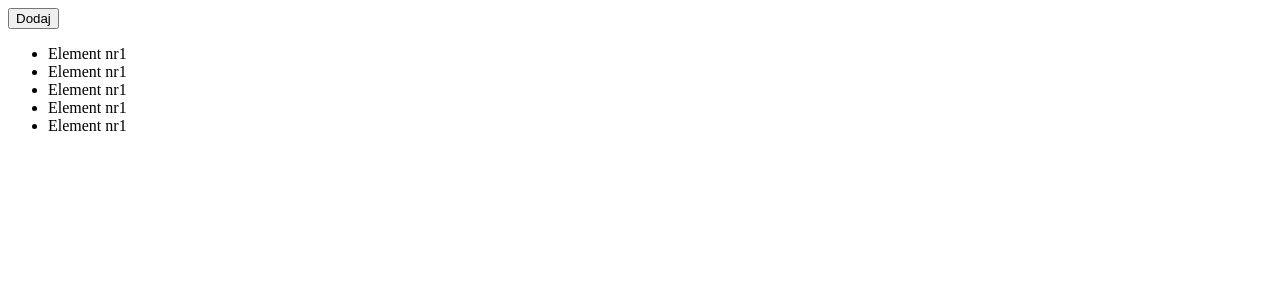
Repository: bartosz1919/Exercise-with-JS---Dynamic_-ul-
Page: index.html
An editor plug-in stored every save of this project. The page is shown before and after the next save, followed by the edit.
The browser window is 1280 px wide. The pictures show the whole page.
After loading, the first visible `button` was clicked once.

Above is the page before, as saved 2020-03-25 23:48:46.

### index.html
<!-- Projekt 3 - Zadanie 2 -
 https://websamuraj.pl/examples/js/projekt3-zad2/

- Stwórz rozwiązanie z pomocą dwóch funkcji w oparciu o strukturę w main.js Nie dodawaj nic więcej do zakresu globalnego.

- funkcja init, która będzie uruchomiona po wczytaniu strony. Jej zadaniem jest:
--- stworzyć dwa elementy
<button>Dodaj 10 elementów listy</buttn>
<ul></ul>
--- dodaj je do body
--- ustaw nasłuchiwanie na przycisk


--- funkcja createLiElements, która będzie uruchamiana po kliknięciu przycisku stworzonego przez funkcję init. Jej zadanie to:
--- tworzenie 10 elementów li i umieszczanie ich w elemencie ul
--- kazdy z 10 elementów ma mieć swój indeks (order) pczy czym kolejne 10 elementów ma być konynuacją (czilu pierwszy klik mamy 1-10, kolejny 11-20 itd)
--- każdy kolejny element il ma mieć font-size większy o 1px.

- bez zmian w pliku html (nie dodajemy html-a i css-a). Cały kod piszemy w elemencie main.js

-->
<!DOCTYPE html>
<html lang="en">

<head>
 <meta charset="UTF-8">
 <title>Projekt 3 - zadanie 2</title>


</head>

<body>

 <script src="main.js"></script>
</body>

</html>

### main.js
let size = 10;
let orderElement = 1;

const init = () => {
    const btn = document.createElement("Button");
    btn.innerText = "Dodaj";
    document.body.appendChild(btn);
    const list = document.createElement("ul");
    document.body.appendChild(list);

    btn.addEventListener(`click`, createLiElements);

}

const createLiElements = () => {
    console.log(`dupa`);

    for (let i = 0; i < 10; i++) {
        const li = document.createElement(`li`);
        li.innerText = "Element nr" + orderElement;
        const ul = document.querySelector(`ul`);
        ul.appendChild(li);
        i++;

    }

}

init()

After the next save:
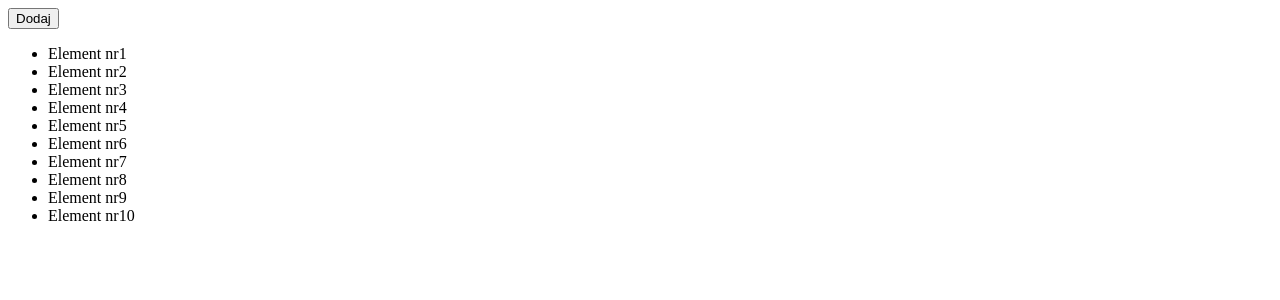
Saved 16 s later.
--- a/main.js
+++ b/main.js
@@ -20,7 +20,7 @@ const createLiElements = () => {
         li.innerText = "Element nr" + orderElement;
         const ul = document.querySelector(`ul`);
         ul.appendChild(li);
-        i++;
+        orderElement++;
 
     }
 
